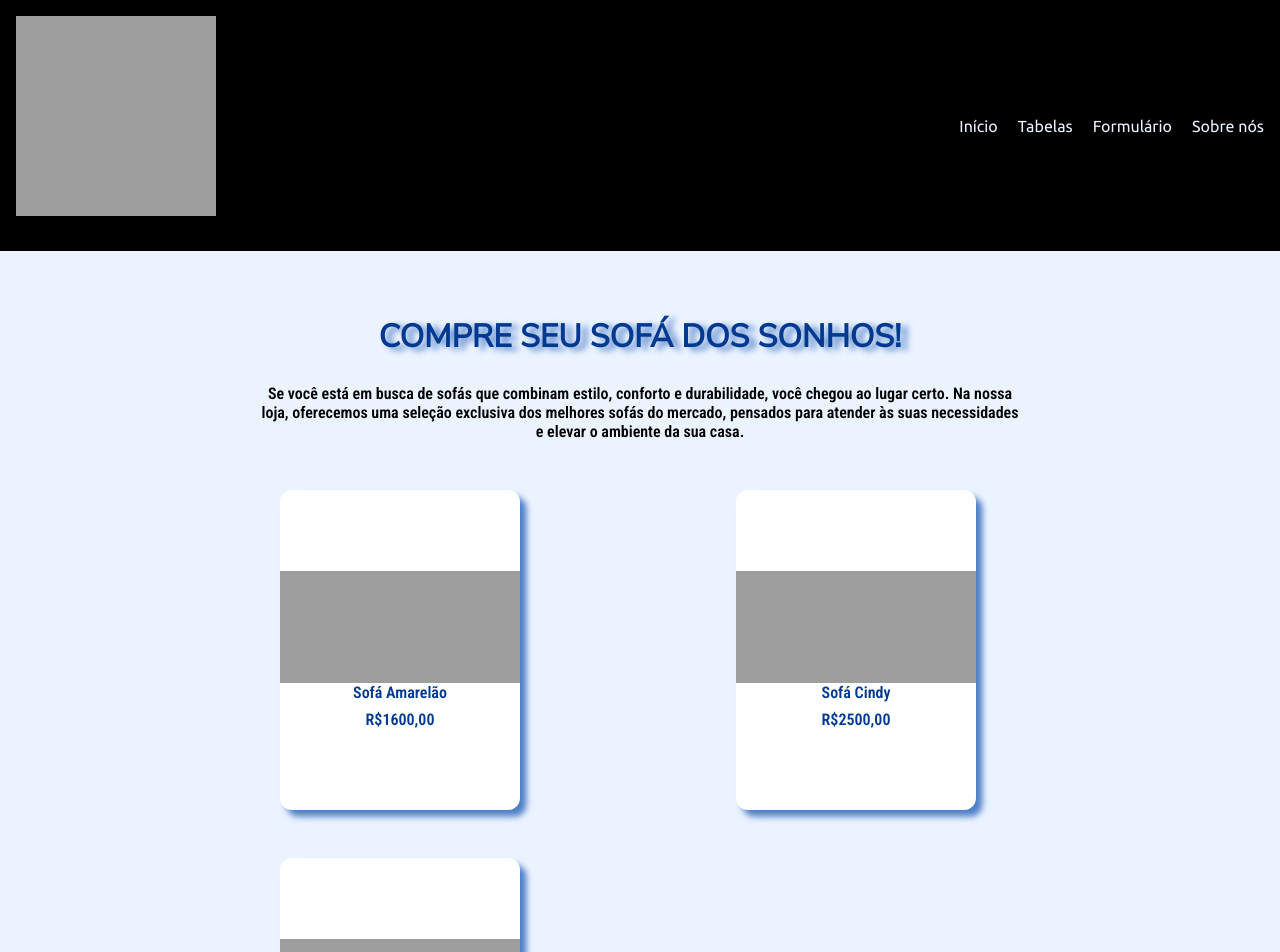
Repository: rafaelhaltarribaFacul/projeto-site
Page: home.html
These files come from the project's save history. The page is drawn as it stood at one moment and after the next save; the edit follows.
The browser window is 1280 px wide. The pictures show the part of the page from y = 0 to 952 px (the page is 1919 px tall).
Pictures or frames that could not be fetched are drawn as grey boxes. A picture or video elsewhere on the page could not be fetched, so the positions and the page height are approximate. Some web fonts or font styles are not loaded; a fallback is used.

Above is the page before, as saved 2024-09-19 20:11:50.

### home.html
<!DOCTYPE html>
<html lang="en">
  <head>
    <meta charset="UTF-8" />
    <meta name="viewport" content="width=device-width, initial-scale=1.0" />
    <link rel="stylesheet" href="css/home.css" />
    <title>UniSofa</title>
  </head>

  <body>
    <header class="cabecalho">
      <div class="cabecalho__logo">
        <a href="./home.html" class="link-logo" aria-label="Ir para a página inicial"><img src="assets/logo.jpeg" alt=""></a>
      </div>
      <nav class="cabecalho__menu">
        <a class="menu" href="./home.html" aria-label="Ir para a página inicial">Início</a>
        <a class="menu" href="./produtos.html" aria-label="Ver tabelas de produtos">Tabelas</a>
        <a class="menu" href="./cadastro.html" aria-label="Ir para o formulário de contato">Formulário</a>
        <a class="menu" href="./sobre.html" aria-current="page" aria-label="Página atual: Sobre nós">Sobre nós</a>
      </nav>
    </header>

    <main>
      <div class="C-titulo">
        <div class="titulo">
          <h1>COMPRE SEU SOFÁ DOS SONHOS!</h1>
        </div>
        <p>
          Se você está em busca de sofás que combinam estilo, conforto e
          durabilidade, você chegou ao lugar certo. Na nossa loja, oferecemos uma
          seleção exclusiva dos melhores sofás do mercado, pensados para atender
          às suas necessidades e elevar o ambiente da sua casa.
        </p>
      </div>

      <div class="cart-items-container">
        <a href="produtos.html" aria-label="Ver detalhes do Sofá Amarelão">
          <div class="cart-item">
            <span class="itens-sofa">
              <img src="./img/amarelao.webp" alt="sofa amarelo" />
              <div class="content">
                <h3>Sofá Amarelão</h3>
                <div class="price">R$1600,00</div>
              </div>
            </span>
          </div>
        </a>
        <a href="produtos.html">
          <div class="cart-item">
            <span class="itens-sofa">
              <img src="./img/cindy.webp" alt="sofa marrom" />
              <div class="content">
                <h3>Sofá Cindy</h3>
                <div class="price">R$2500,00</div>
              </div>
            </span>
          </div>
        </a>
        <a href="produtos.html">
          <div class="cart-item">
            <span class="itens-sofa">
              <img src="./img/sofa-anaconda.webp" alt="sofa branco" />
              <div class="content">
                <h3>Sofá Anaconda</h3>
                <div class="price">R$3210,00</div>
              </div>
            </span>
          </div>
        </a>
      </div>
    </main>

    <footer class="rodape">
      <p class="rodape__links">
        Acesse nossas páginas nas redes sociais:
        <br />
      </p>
      <section class="icones__links">
        <a href="https://www.instagram.com/" rel="noopener noreferrer" aria-label="Siga-nos no Instagram">
          <img src="./img/icone-instagram.png" alt="Logo instagram" />
        </a>
        <a href="https://www.whatsapp.com/" rel="noopener noreferrer" aria-label="Entre em contato conosco pelo WhatsApp">
          <img src="./img/icone-whastapp.png" alt="Logo whatsapp" />
        </a>
        <a href="https://www.facebook.com/" rel="noopener noreferrer" aria-label="Siga-nos no Facebook">
          <img src="./img/icone-facebook.png" alt="Logo facebook" />
        </a>
        <a href="https://www.linkedin.com/" rel="noopener noreferrer" aria-label="Conecte-se conosco no LinkedIn">
          <img src="./img/icone-linkedin.png" alt="Logo linkedin" />
        </a>
      </section>
      <p class="rodape__paragrafo">
        <br />Copyright &copy; 2024 UniSofa. Todos os direitos reservados.<br />
        Endereço: Rodovia, SC-401, 3730 - Saco Grande, Florianópolis - SC,
        88032-005
      </p>
    </footer>
  </body>
</html>

### css/home.css
@import url("https://fonts.googleapis.com/css2?family=New+Amsterdam&display=swap");
@import url("https://fonts.googleapis.com/css2?family=Ubuntu&display=swap");
@import url("https://fonts.googleapis.com/css2?family=Nunito+Sans:opsz@6..12&family=Ubuntu&display=swap");
@import url("https://fonts.googleapis.com/css2?family=Nunito+Sans:opsz@6..12&family=Roboto+Condensed:wght@600&family=Ubuntu&display=swap");

:root {
    --cor-pricipal: #00398f;
    --cor-secundaria: #4d7ec7;
    --cor-terciaria: #99c2ff;
    --cor-quaternaria: #ebf3ff;
    --cor-quintenaria: #000001;

    --fonte-logo: "New Amsterdam", sans-serif;
    --fonte-principal: "Nunito Sans", sans-serif;
    --fonte-secundaria: "Roboto Condensed", sans-serif;
    --fonte-terciaria: "Ubuntu", sans-serif;

    font-size: 16px;
}

* {
    text-decoration: none;
    margin: 0;
    padding: 0;
    box-sizing: border-box;
}

body {
    background-color: var(--cor-quaternaria);
    color: var(--cor-quintenaria);
    font-family: var(--fonte-principal);
    margin: 0;
    padding: 0;
    min-height: 100vh;
    display: flex;
    flex-direction: column;
}

.cabecalho {
    display: flex;
    justify-content: space-between;
    align-items: center;
    padding: 1rem;
    flex-wrap: wrap;
    background-color: var(--cor-quintenaria);
}

.cabecalho__logo {
    margin-bottom: 0.5rem;
}

.cabecalho__logo img {
    height: 200px;
    width: 200px;
}

.cabecalho__menu {
    display: flex;
    gap: 1rem;
    flex-wrap: wrap;
}

.link-logo {
    font-family: var(--fonte-logo);
    color: var(--cor-quaternaria);
    font-size: 3rem;
}

.cabecalho__menu {
    display: flex;
    gap: 1.25rem;
}

.menu {
    color: var(--cor-quaternaria);
    font-family: var(--fonte-terciaria);
}

.rodape {
    background-color: var(--cor-pricipal);
    color: var(--cor-quaternaria);
    text-align: center;
    padding: 1rem;
    margin-top: auto;
}

.icones__links {
    display: inline;
}

.rodape__paragrafo {
    margin-top: -15px;
}

@media (max-width: 768px) {
    .cabecalho {
        flex-direction: column;
        align-items: flex-start;
        padding: 1rem;
    }

    .cabecalho__menu {
        flex-direction: column;
        gap: 0.5rem;
        margin-top: 1rem;
    }

    .cart-items-container {
        gap: 2rem 6rem;
        width: 80vw;
        padding: 16px;
    }

    .cart-items-container .cart-item {
        width: 12rem;
    }
}

.cart-items-container {
    display: grid;
    grid-template-columns: repeat(auto-fit, minmax(200px, 1fr));
    gap: 3rem 12rem;
    width: 60vw;
    margin: auto;
    margin-top: 16px;
    background-color: var(--cor-quaternaria);
    padding: 24px;
}

.cart-items-container .cart-item {
    display: flex;
    align-items: center;
    width: 15rem;
    background-color: white;
    box-shadow: var(--cor-secundaria) 0.4em 0.4em 0.4em;
    height: 20rem;
    border-radius: 12px;
}

.cart-items-container .cart-item .itens-sofa {
    display: flex;
    flex-direction: column;
    font-size: 2rem;
    cursor: pointer;
    text-align: center;
    width: 15rem;
}

.cart-items-container .cart-item .itens-sofa:hover {
    color: var(--cor-pricipal);
}

.cart-items-container .cart-item img {
    height: 7rem;
    width: 15rem;
}

.cart-items-container .cart-item .content h3 {
    font-size: 1rem;
    color: var(--cor-pricipal);
    font-family: var(--fonte-secundaria);
    padding-bottom: .5rem;
}

.cart-items-container .cart-item .content .price {
    font-size: 1rem;
    color: var(--cor-pricipal);
    font-family: var(--fonte-secundaria);
}

.titulo {
    font-family: var(--fonte-principal);
    text-align: center;
    color: var(--cor-pricipal);
    text-shadow: var(--cor-secundaria) 0.4em 0.2em 0.4em;
    margin-top: 5%;
    margin-bottom: 2%;
}

.C-titulo p {
    font-family: var(--fonte-secundaria);
    color: var(--cor-quintenaria);
    text-align: center;
    margin: auto;
    width: 60vw;
    margin-bottom: 2%;
}

@media screen and (max-width: 480px) {
    .cabecalho__menu {
        flex-direction: column;
        align-items: flex-start;
    }
}

After the next save:
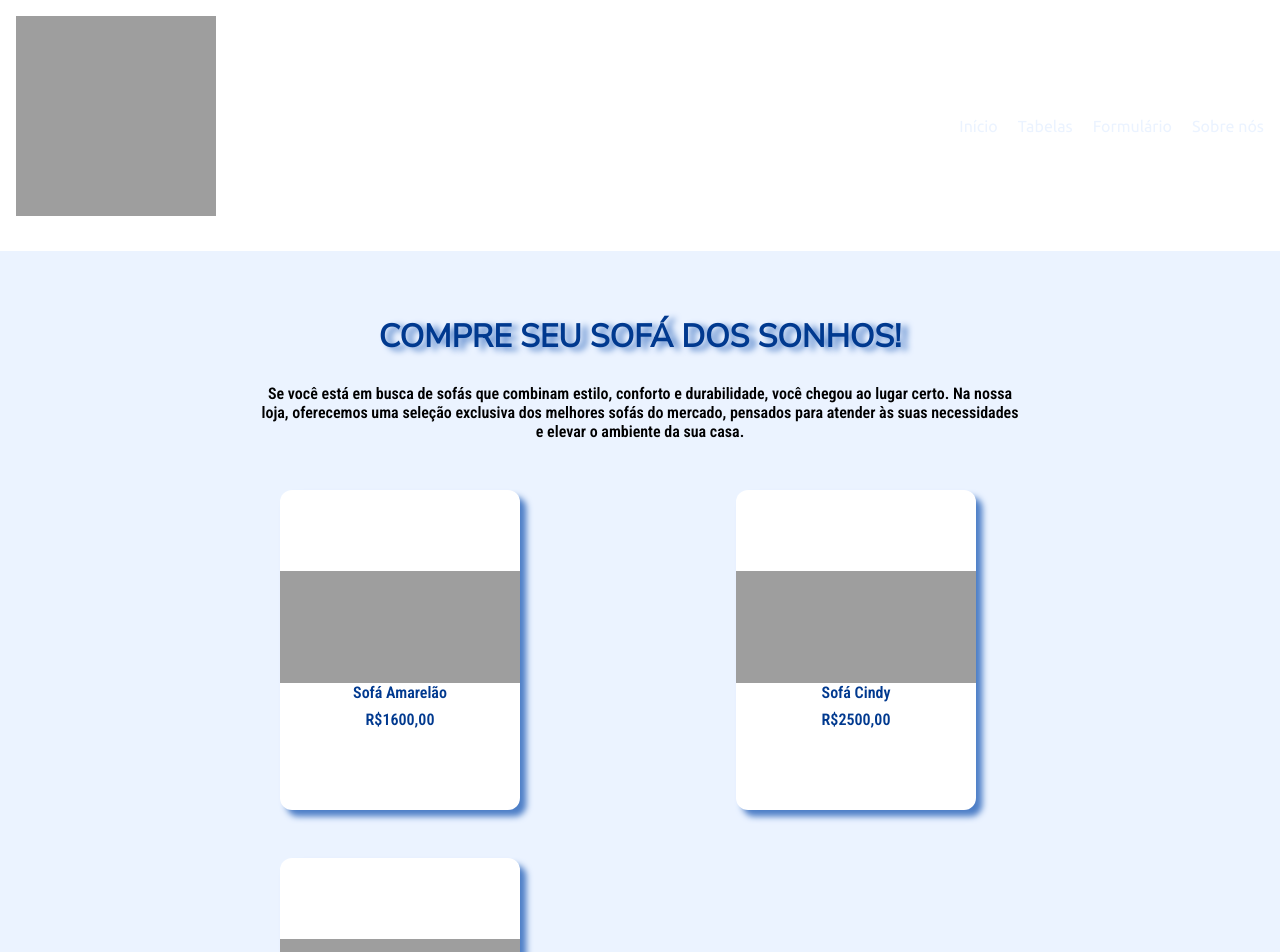
Saved 97 s later.
--- a/css/home.css
+++ b/css/home.css
@@ -42,7 +42,7 @@
     align-items: center;
     padding: 1rem;
     flex-wrap: wrap;
-    background-color: var(--cor-quintenaria);
+    background-color: white;
 }
 
 .cabecalho__logo {

After the save that followed:
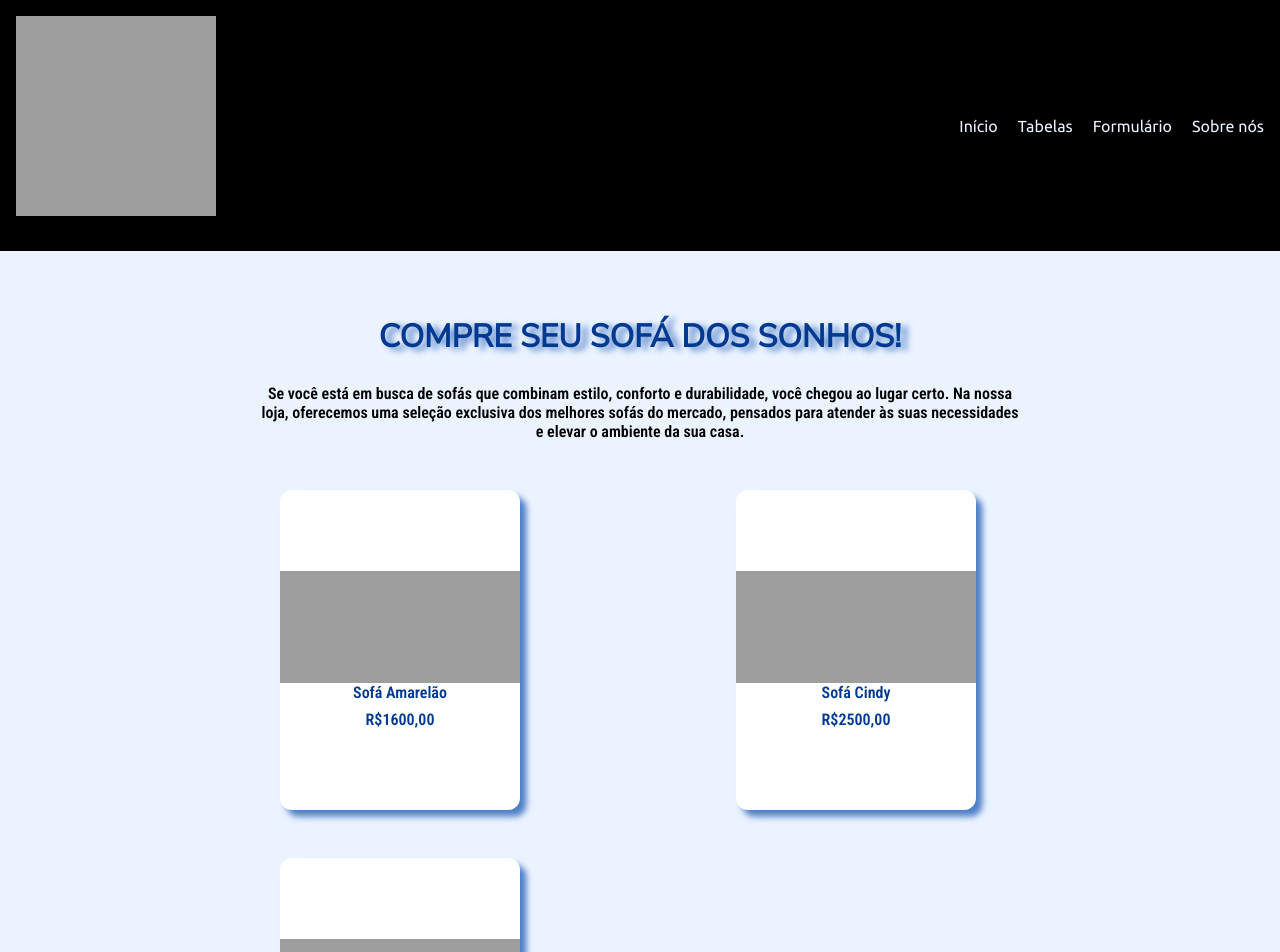
Saved 17 s later.
--- a/css/home.css
+++ b/css/home.css
@@ -42,7 +42,7 @@
     align-items: center;
     padding: 1rem;
     flex-wrap: wrap;
-    background-color: white;
+    background-color: var(--cor-quintenaria);
 }
 
 .cabecalho__logo {
